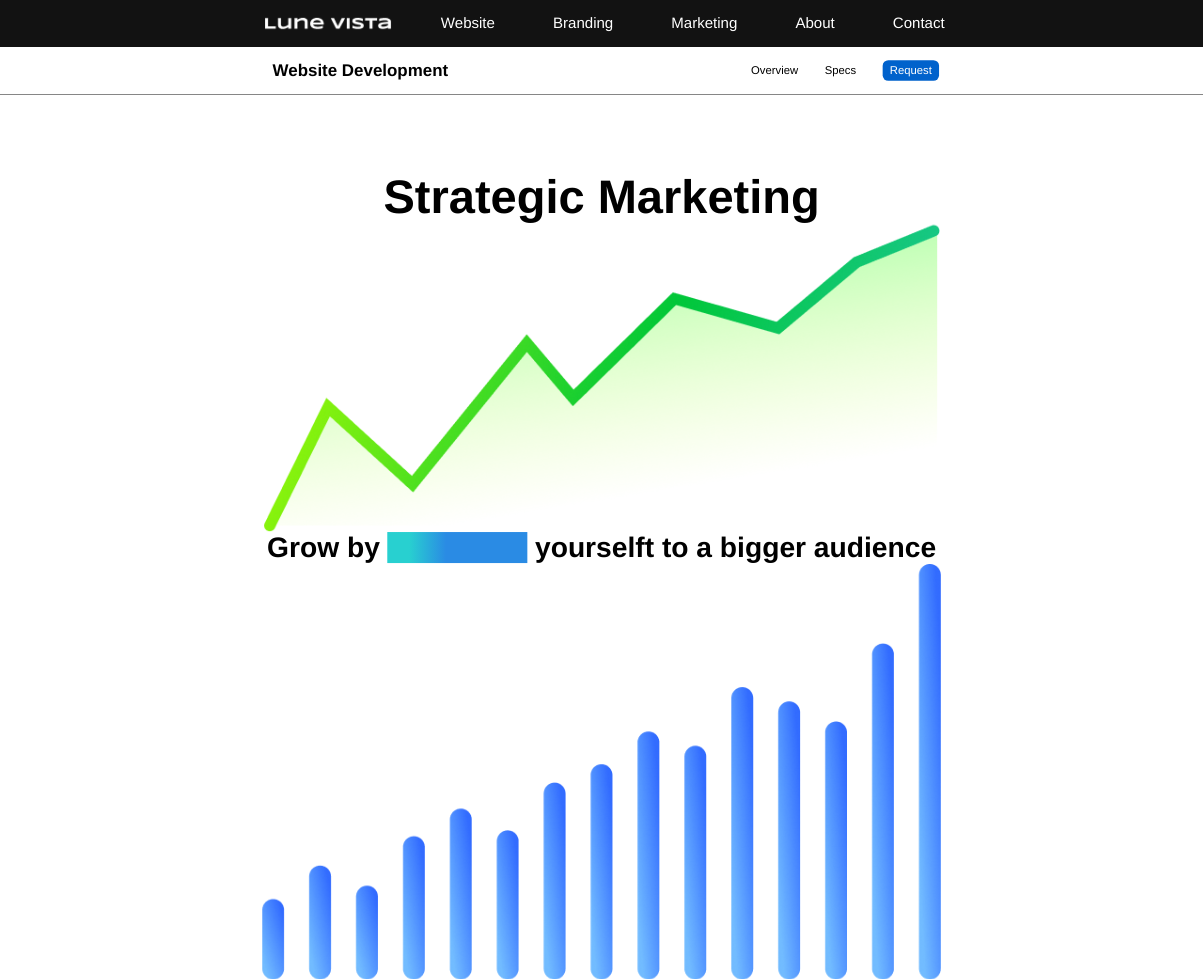
Repository: yoItsTyler/templates
Page: /marketing
The author's editor kept a copy of each file at every save. The page is drawn from the files as they stood at one save, then again after the next save.
The browser window is 1280 px wide. The pictures show the whole page, at 94% of full size.
Some web fonts or font styles are not loaded; a fallback is used. The project was rebuilt for these pictures with package versions that can differ from the ones it lists, and the page was loaded fresh each time. Also part of the build but not shown: src/components/Branding/styles.module.css, src/components/Branding/Branding.js, src/components/Home/styles.module.css, src/components/Navbar/styles.module.css, src/components/Navbar/Navbar.js, src/components/NavbarMobile/styles.module.css, src/components/NavbarMobile/NavbarMobile.js, src/components/Home/Home.js and 10 more. Imported but missing from the stored project, and not drawn on this page: src/components/Request.

Above is the page before, as saved 2022-12-01 20:39:45.

### public/index.html
<!DOCTYPE html>
<html lang="en">
  <head>
    <meta charset="utf-8" />
    <link rel="icon" href="%PUBLIC_URL%/favicon.ico" />
    <meta name="viewport" content="width=device-width, initial-scale=1" />
    <meta name="theme-color" content="#000000" />
    <meta
      name="description"
      content="Web site created using create-react-app"
    />
    <link rel="apple-touch-icon" href="%PUBLIC_URL%/logo192.png" />
    <!--
      manifest.json provides metadata used when your web app is installed on a
      user's mobile device or desktop. See https://developers.google.com/web/fundamentals/web-app-manifest/
    -->
    <link rel="manifest" href="%PUBLIC_URL%/manifest.json" />
    <!--
      Notice the use of %PUBLIC_URL% in the tags above.
      It will be replaced with the URL of the `public` folder during the build.
      Only files inside the `public` folder can be referenced from the HTML.

      Unlike "/favicon.ico" or "favicon.ico", "%PUBLIC_URL%/favicon.ico" will
      work correctly both with client-side routing and a non-root public URL.
      Learn how to configure a non-root public URL by running `npm run build`.
    -->
    <title>Root Template</title>
  </head>
  <body>
    <noscript>You need to enable JavaScript to run this app.</noscript>
    <div id="root"></div>
    <!--
      This HTML file is a template.
      If you open it directly in the browser, you will see an empty page.

      You can add webfonts, meta tags, or analytics to this file.
      The build step will place the bundled scripts into the <body> tag.

      To begin the development, run `npm start` or `yarn start`.
      To create a production bundle, use `npm run build` or `yarn build`.
    -->
  </body>
</html>

### src/index.js
import React from 'react';
import  ReactDOM  from 'react-dom';
import './index.css';
import reportWebVitals from './reportWebVitals';
import { BrowserRouter as Router } from 'react-router-dom';
import { App } from './components/App';

ReactDOM.render(
  <React.StrictMode>
    <Router>
     <App/>
    </Router>
  </React.StrictMode>,
  document.getElementById('root'),
);



// If you want to start measuring performance in your app, pass a function
// to log results (for example: reportWebVitals(console.log))
// or send to an analytics endpoint. Learn more: https://bit.ly/CRA-vitals
reportWebVitals();

### src/index.css


@import url('https://fonts.cdnfonts.com/css/work-sans');
html, body{
  min-height: fit-content;
 height: 100vh;
  width: 100vw;
  max-width: 100vw;
  margin: 0;
  overflow-x: hidden;
  -ms-overflow-style: none;  /* IE and Edge */
  scrollbar-width: none;  /* Firefox */
  scroll-behavior: smooth;



}
body {



  font-family:  -apple-system, BlinkMacSystemFont, 'Segoe UI', 'Roboto', 'Oxygen',
    'Ubuntu', 'Cantarell', 'Fira Sans', 'Droid Sans', 'Helvetica Neue',
    sans-serif;
    font-family: 'Helvetica';
    font-style: normal;
  -webkit-font-smoothing: antialiased;
  -moz-osx-font-smoothing: grayscale;

  font-family: 'Helvetica', sans-serif;
  -webkit-font-smoothing: antialiased;
  -moz-osx-font-smoothing: grayscale;
}
body::-webkit-scrollbar{
  display: none;
}


code {
  font-family: source-code-pro, Menlo, Monaco, Consolas, 'Courier New',
    monospace;
}

### src/components/App/App.js
import { useEffect, useState } from 'react';
import { Route, Switch } from 'react-router-dom';
import { Branding } from '../Branding/Branding';
import { Home } from '../Home';
import { LogoDesign } from '../LogoDesign';
import { Marketing } from '../Marketing/Marketing';
import { Navbar } from '../Navbar/Navbar';
import { NavbarMobile } from '../NavbarMobile';
import { Plan } from '../Plan/Plan';
import { Plans } from '../Plans/Plans';
import { Request } from '../Request';
import { Specs } from '../Specs';
import { Web } from '../Web/Web';
import styles from './styles.module.css';






export const App = () => {




    return(
        <div className={styles.main}>


            <Switch>
            <Route exact path = {['/request/:id', '/request']} component={Request}/>
            <Route exact path='/marketing' component={Marketing}/>
            <Route exact path = '/branding' component={Branding}/>
            <Route exact path = '/logo-design' component={LogoDesign}/>
                <Route exact path = '/plan/:id' component={Plan}/>
                <Route exact path = '/web-plans' component={Plans}/>
                 <Route exact path = '/web' component={Web}/>
                 <Route exact path = '/specs' component={Specs}/>
                <Route path={['/']} component={Home}/>

            </Switch>
        </div>
    )
}

### src/components/LogoDesign/index.js
export * from './LogoDesign';

### src/components/Marketing/Marketing.js
import { NavbarWeb } from '../NavbarWeb/NavbarWeb';
import { NavBarWebSub } from '../NavBarWebSub/NavBarWebSub';
import styles from './styles.module.css';
import graph from '../../images/Group 55.png';
import graph2 from '../../images/Group 56.png';

export const Marketing = () => {

    return(
        <div className={styles.main}>
            <NavbarWeb/>
            <NavBarWebSub/>


            <div className={styles.tile}>

                <div className={styles.title}>
                    Strategic Marketing

                </div>

                <div className={styles.centerItem}>
                <img src={graph} className={styles.graph}/>
                </div>
                <div className={styles.subTxt}>
                    Grow by <span className={styles.blueGrad}>promoting</span> yourselft to a bigger audience
                </div>

                <div className={styles.centerItem}>
                <img src={graph2} className={styles.graph2}/>
                </div>







            </div>

        </div>
    );
};

### src/components/NavbarMobile/index.js
export * from './NavbarMobile';

### src/components/Specs/index.js
export * from './Specs';

### src/components/App/styles.module.css
.main{
    margin-top: 0;
    min-height: fit-content;
    height: 100vh;
    width: 100%;
    max-width: 100vw;
}

### src/components/NavbarWeb/NavbarWeb.js
import styles from './styles.module.css';
import logo2 from '../../images/LuneVistaLogo.png';
import search from '../../images/search.png';
import { useHistory } from 'react-router-dom';
import { useEffect, useState } from 'react';


export const NavbarWeb = () => {
    const history = useHistory();


    const [mobileBool, setMobileBool] = useState(false);
    const [windowDimension, setWindowDimension] = useState(722)

    useEffect(() => {
        setWindowDimension(window.innerWidth);
    }, []);

    useEffect(() => {
        function handleResize() {
            setWindowDimension(window.innerWidth);
        }

        window.addEventListener("resize", handleResize);
        return () => window.removeEventListener('resize', handleResize);
    }, []);

    const isMobile = windowDimension <= 720;

    useEffect(() => {
        if (isMobile !== mobileBool) {
            setMobileBool(isMobile);
        };
        return isMobile;
    }, [isMobile]);





    // <div className={styles.falseDiv}></div>
    return (
        <div className={styles.main}>

            <div className={styles.row}>


                <div className={styles.logo}
                    onClick={() => history.push('/')}
                >
                    <img src={logo2} style={{ width: '100%', height: '' }} />

                </div>






                        {isMobile ? (
                            <div className={styles.mobileMenu}>Menu</div>
                        ) : (
                            <div className={styles.pages}>
                            <div className={styles.page}
                                 onClick={() => history.push('/web')}
                                >Website</div>
                                <div className={styles.page} onClick={() => history.push('/branding')}
                                >Branding</div>
                                <div className={styles.page} onClick={() => history.push('/marketing')}
                                >Marketing</div>
                                <div className={styles.page} onClick={() => history.push('/about')}
                                >About</div>
                                <div className={styles.page} onClick={() => history.push('/contact')}
                                >Contact</div>
                            </div>

                        )}



                    </div>


                </div>





            )
}

### src/components/NavBarWebSub/NavBarWebSub.js
import { useHistory } from 'react-router-dom';
import styles from './styles.module.css';


export const NavBarWebSub = () => {
    const history = useHistory();

    /*




                <div className={styles.row}>
                    <div className={styles.title}>
                        Website Development
                    </div>
                    <div className={styles.btnRow}>
                        <div className={styles.btnTxt}>Overview</div>
                        <div className={styles.btnTxt}>Specs</div>
                        <div className={styles.requestBtn}>Request</div>
                    </div>



                </div>*/


    return (
        <div className={styles.main}>
            <div className={styles.column}>
                <div className={styles.topSpace}></div>
                <div className={styles.row}>
                    <div className={styles.title}>
                        Website Development
                    </div>
                    <div className={styles.btnRow}>
                        <div className={styles.btnTxt}>Overview</div>
                        <div className={styles.btnTxt} onClick={() => history.push('/specs')}
                        >Specs</div>
                        <div className={styles.requestBtn} onClick={() => history.push('/web-plans')}
                        >Request</div>
                    </div>



                </div>



            </div>



        </div>
    )
}

### src/components/Marketing/styles.module.css
.main{

}
.title{
    margin-top: 80px;
    font-weight: 700;
    font-size: 50px;
    text-align: center;

}
.centerItem{
    display: flex;
    flex-direction: column;
    align-items: center;
    justify-content: center;

}
.subTxt{
    text-align: center;
    font-weight: 700;
    font-size: 30px;
}
.blueGrad{
    background:
linear-gradient(90.35deg, #28D0D0 15.73%, #2A8BE4 41.95%);
  -webkit-background-clip: 'text';
  -webkit-text-fill-color: transparent;





}

### src/components/NavbarWeb/styles.module.css
.main{
    width: 100vw;
    max-width: 100vw;
    height: 50px;
    margin-top: 0;
   overflow-x: hidden;
    background-color: hsl(0, 0%, 7%);
    position: fixed;
    display: flex;
    z-index: 2;
    justify-content: center;



}
.row{
    width: 100%;

    align-self: center;

    height: 50px;
    max-width: 730px;

    color: #FFFFFF;
 display: flex;
 align-items: center;

justify-content: space-between;



}
.logo{

    padding-left: min(16px, 1.0%);
    height: 32px;
    cursor: pointer;
    display: flex;
    align-content: center;
    align-items: center;
    justify-content: center;
      justify-self: left;
    max-width: 134px;




}
.falseDiv{
    padding-right: min(16px, 1.0%);
    width: 134px;



}
.rightSide{
   align-self: center;
  justify-self: center;


}
.pages{
    flex-basis: 1;
    display: flex;
   height: 32px;


    width: 80%;
    max-width: 536px;
    align-items: center;
    justify-content: space-between;
    justify-self: center;




}

.page{

    font-weight: 400;
    font-size: 16px;
    line-height: 24px;
   cursor: pointer;

   height: 24px;
   align-content: center;
   align-items: center;

   padding-left: 0px;
   padding-right: 0px;

}
.page:hover{
    background-color: rgba(0, 0, 0, 0.3);
   border-radius: 3px;
}
.mobileMenu{
    margin-right: 9px;
}



.search{
   padding-right: min(16px, 1.5%);
margin-left: auto;


}

### src/components/NavBarWebSub/styles.module.css
.main{
    width: 100vw;
    height: 100px;
    position: sticky;

  max-width: 100vw;
  overflow-x: hidden;

    display: flex;
    justify-content: center;
    z-index: 1;
    background-color: white;
    border-bottom: rgba(0, 0, 0, 0.473) .6px solid;
}


.column{
    width: 100%;
    max-width: 730px;

    display: flex;
    flex-direction: column;
    justify-content: center;
    align-content: center;
}
.topSpace{
    height: 50px;

}
.row{
    justify-self: center;
    display: flex;
    width: 100%;
    max-width: 730px;
    justify-content: space-between;
    align-items: center;
    padding-left: 6px;
    padding-right: 6px;
}
.btnRow{
    display: flex;
    width: 200px;
    justify-content: space-between;
    padding-left: 6px;
    align-items: center;
    margin-right: 12px;
}
.title{
    margin-left: 9px;
    height: 20px;
    font-size: 18px;
    font-weight: 700;
    flex-wrap: nowrap;

}
@media only screen and (max-width: 440px) {
    .title{
        font-size: 18px;
        max-width: 100px;
        overflow: hidden;

    }
}
.btnTxt{
    font-size: 12px;
    font-weight: 400;
    line-height: 14px;
    cursor: pointer;

}
.requestBtn{
    font-size: 12px;
    font-weight: 400;
    background-color: #0062CC;
    color: white;
    height: 22px;
    width: 60px;
    display: flex;
    flex-direction: column;
    align-items: center;

    justify-content: center;
    border-radius: 6px;
    line-height: 20px;
    cursor: pointer;
}

Loaded but not shown: src/reportWebVitals.js (common file); src/components/App/index.js (common file); src/components/Home/index.js (common file); src/components/Home/mobile.module.css (no stored copy; drawn as an empty file)

After the next save:
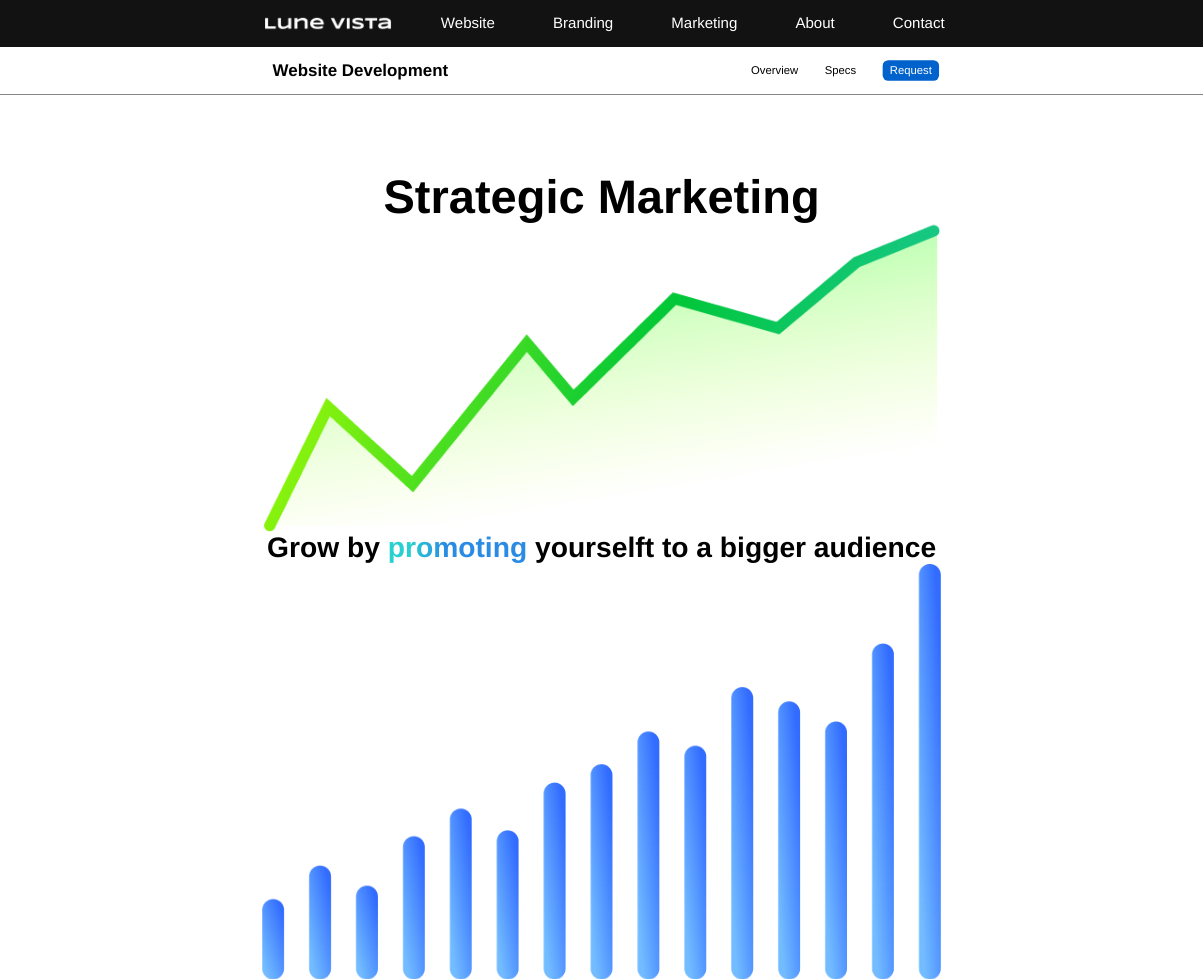
Saved 6 s later.
--- a/src/components/Marketing/styles.module.css
+++ b/src/components/Marketing/styles.module.css
@@ -23,7 +23,7 @@
 .blueGrad{
     background:
 linear-gradient(90.35deg, #28D0D0 15.73%, #2A8BE4 41.95%);
-  -webkit-background-clip: 'text';
+  -webkit-background-clip: text;
   -webkit-text-fill-color: transparent;
 
 
